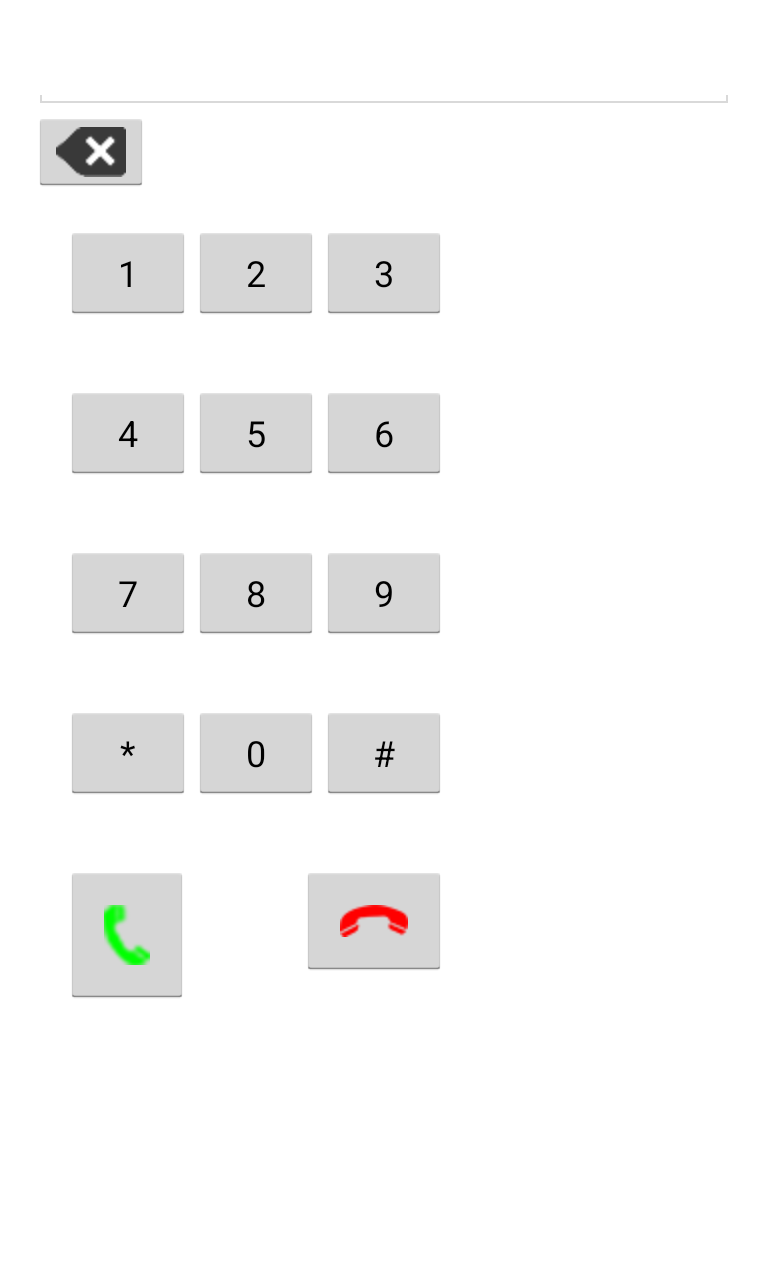
Repository: andreeastoican/Laborator03
Layout: PhoneDialer/res/layout/activity_phone_dialer.xml
An editor plug-in stored every save of this project. The layout is shown before and after the next save, followed by the edit.
It is drawn on a 768 x 1280 px phone screen (xhdpi) without system bars, with theme AppTheme; the app's code is not run.

Above is the layout before, as saved 2015-03-10 09:54:32.

### PhoneDialer/res/layout/activity_phone_dialer.xml
<LinearLayout xmlns:android="http://schemas.android.com/apk/res/android"
    xmlns:tools="http://schemas.android.com/tools"
    android:layout_width="match_parent"
    android:layout_height="match_parent"
    android:paddingBottom="@dimen/activity_vertical_margin"
    android:paddingLeft="@dimen/activity_horizontal_margin"
    android:paddingRight="@dimen/activity_horizontal_margin"
    android:paddingTop="@dimen/activity_vertical_margin"
    android:orientation="vertical"
    tools:context="ro.pub.cs.systems.pdsd.lab03.phonedialer.PhoneDialerActivity" >

    <EditText
        android:id="@+id/id_edit_text"
		android:layout_width="fill_parent"
	    android:layout_height="wrap_content"
	    android:ems="10"
	    android:inputType="text"
	    android:enabled="false"
        />

    <GridLayout
	    android:id="@+id/GridLayout1"
	    android:layout_width="wrap_content"
	    android:layout_height="wrap_content"
	    tools:context=".GridXMLActivity"
	    android:rowCount="6"
	    android:columnCount="3" >

        <ImageButton
        android:id="@+id/id_img_button"
        android:layout_width="wrap_content"
        android:layout_height="wrap_content"
        android:src="@drawable/backspace"
        android:layout_below="@id/id_edit_text"
        android:layout_alignParentRight="true"
        android:layout_gravity="right"
    	/>

    </GridLayout>



	<LinearLayout
	      android:id="@+id/layout1"
		  android:layout_below="@id/id_img_button"
		  android:layout_width="wrap_content"
		  android:layout_height="wrap_content"
		  android:paddingBottom="@dimen/activity_vertical_margin"
		  android:paddingLeft="@dimen/activity_horizontal_margin"
		  android:paddingRight="@dimen/activity_horizontal_margin"
		  android:paddingTop="@dimen/activity_vertical_margin"
		  android:orientation="horizontal">

			<Button
			    android:id="@+id/id1"
			    android:layout_width="wrap_content"
		        android:layout_height="wrap_content"
		        android:text="1"
			    />
			<Button
			    android:id="@+id/id2"
			    android:layout_width="wrap_content"
		        android:layout_height="wrap_content"
		        android:text="2"
			    />
			<Button
			    android:id="@+id/id3"
			    android:layout_width="wrap_content"
		        android:layout_height="wrap_content"
		        android:text="3"
			    />

	</LinearLayout>

	<LinearLayout
	  android:layout_below="@id/layout1"
	  android:id="@+id/layout2"
	  android:layout_width="wrap_content"
	  android:layout_height="wrap_content"
	  android:paddingBottom="@dimen/activity_vertical_margin"
	  android:paddingLeft="@dimen/activity_horizontal_margin"
	  android:paddingRight="@dimen/activity_horizontal_margin"
	  android:paddingTop="@dimen/activity_vertical_margin"
	  android:orientation="horizontal">

		<Button
		    android:id="@+id/id4"
		    android:layout_width="wrap_content"
	        android:layout_height="wrap_content"
	        android:text="4"
		    />
		<Button
		    android:id="@+id/id5"
		    android:layout_width="wrap_content"
	        android:layout_height="wrap_content"
	        android:text="5"
		    />
		<Button
		    android:id="@+id/id6"
		    android:layout_width="wrap_content"
	        android:layout_height="wrap_content"
	        android:text="6"
		    />

	</LinearLayout>


	<LinearLayout
	  android:layout_below="@id/layout2"
	  android:id="@+id/layout3"
	  android:layout_width="wrap_content"
	  android:layout_height="wrap_content"
	  android:paddingBottom="@dimen/activity_vertical_margin"
	  android:paddingLeft="@dimen/activity_horizontal_margin"
	  android:paddingRight="@dimen/activity_horizontal_margin"
	  android:paddingTop="@dimen/activity_vertical_margin"
	  android:orientation="horizontal">

		<Button
		    android:id="@+id/id7"
		    android:layout_width="wrap_content"
	        android:layout_height="wrap_content"
	        android:text="7"
		    />
		<Button
		    android:id="@+id/id8"
		    android:layout_width="wrap_content"
	        android:layout_height="wrap_content"
	        android:text="8"
		    />
		<Button
		    android:id="@+id/id9"
		    android:layout_width="wrap_content"
	        android:layout_height="wrap_content"
	        android:text="9"
		    />

	</LinearLayout>

	<LinearLayout
	  android:layout_below="@id/layout3"
	  android:id="@+id/layout4"
	  android:layout_width="wrap_content"
	  android:layout_height="wrap_content"
	  android:paddingBottom="@dimen/activity_vertical_margin"
	  android:paddingLeft="@dimen/activity_horizontal_margin"
	  android:paddingRight="@dimen/activity_horizontal_margin"
	  android:paddingTop="@dimen/activity_vertical_margin"
	  android:orientation="horizontal">

		<Button
		    android:id="@+id/id10"
		    android:layout_width="wrap_content"
	        android:layout_height="wrap_content"
	        android:text="*"
		    />
		<Button
		    android:id="@+id/id0"
		    android:layout_width="wrap_content"
	        android:layout_height="wrap_content"
	        android:text="0"
		    />
		<Button
		    android:id="@+id/id11"
		    android:layout_width="wrap_content"
	        android:layout_height="wrap_content"
	        android:text="#"
		    />
	</LinearLayout>

	<RelativeLayout
	  android:layout_below="@id/layout4"
	  android:layout_width="wrap_content"
	  android:layout_height="wrap_content"
	  android:paddingBottom="@dimen/activity_vertical_margin"
	  android:paddingLeft="@dimen/activity_horizontal_margin"
	  android:paddingRight="@dimen/activity_horizontal_margin"
	  android:paddingTop="@dimen/activity_vertical_margin"
	  android:orientation="horizontal">

		<ImageButton
		    android:id="@+id/img_on"
		    android:layout_width="wrap_content"
	        android:layout_height="wrap_content"
	        android:src="@drawable/call"
	        android:padding="20dp"
		    />

		<ImageButton
		    android:id="@+id/img_off"
		    android:layout_width="wrap_content"
	        android:layout_height="wrap_content"
	        android:text="#"
	        android:layout_toRightOf="@id/img_on"
	        android:padding="20dp"
	        android:layout_marginLeft="55dp"
	        android:src="@drawable/hangup"
		    />
	</RelativeLayout>"

</LinearLayout>

Loaded but not shown: PhoneDialer/res/values/styles.xml (common file); PhoneDialer/res/values-v11/styles.xml (common file); PhoneDialer/res/values-v14/styles.xml (common file); PhoneDialer/res/values/dimens.xml (common file); PhoneDialer/res/values-w820dp/dimens.xml (common file)

After the next save:
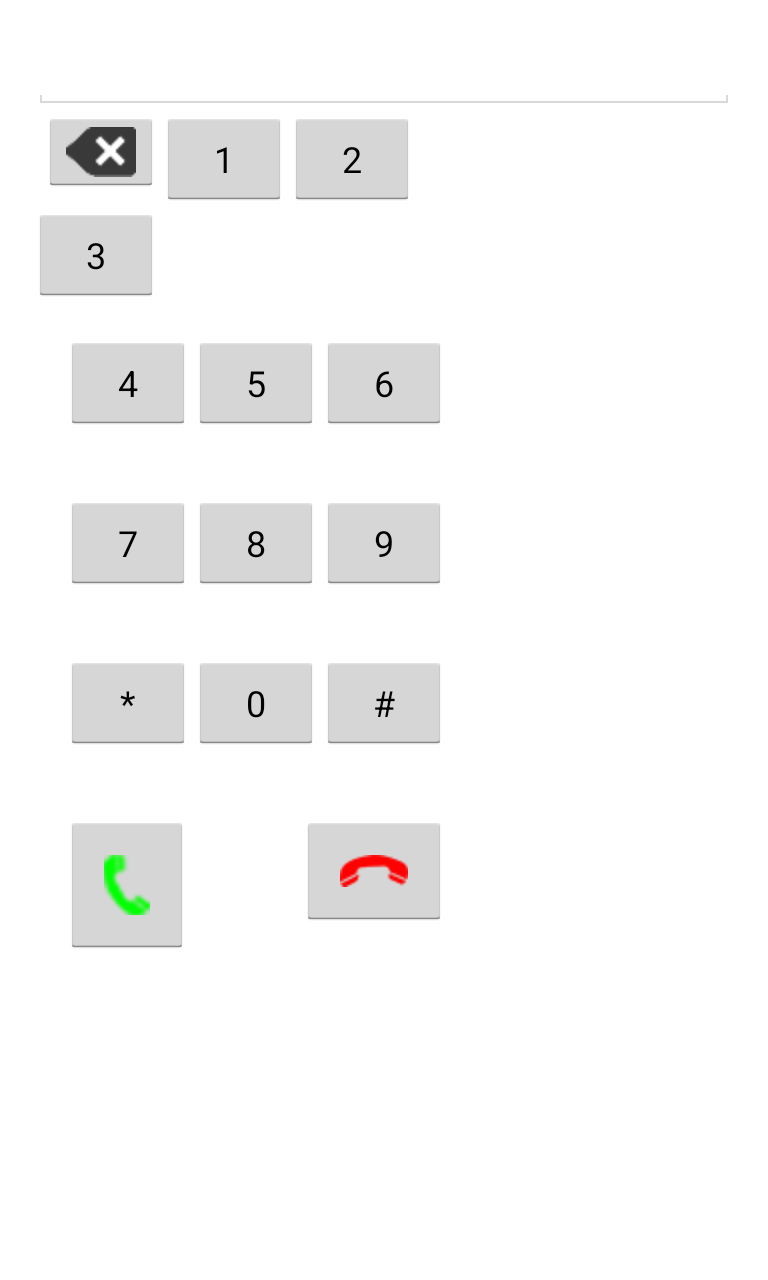
Saved 93 s later.
--- a/PhoneDialer/res/layout/activity_phone_dialer.xml
+++ b/PhoneDialer/res/layout/activity_phone_dialer.xml
@@ -36,22 +36,7 @@
         android:layout_gravity="right"
     	/>
 
-    </GridLayout>
-
-
-
-	<LinearLayout
-	      android:id="@+id/layout1"
-		  android:layout_below="@id/id_img_button"
-		  android:layout_width="wrap_content"
-		  android:layout_height="wrap_content"
-		  android:paddingBottom="@dimen/activity_vertical_margin"
-		  android:paddingLeft="@dimen/activity_horizontal_margin"
-		  android:paddingRight="@dimen/activity_horizontal_margin"
-		  android:paddingTop="@dimen/activity_vertical_margin"
-		  android:orientation="horizontal">
-
-			<Button
+        <Button
 			    android:id="@+id/id1"
 			    android:layout_width="wrap_content"
 		        android:layout_height="wrap_content"
@@ -70,7 +55,10 @@
 		        android:text="3"
 			    />
 
-	</LinearLayout>
+    </GridLayout>
+
+
+
 
 	<LinearLayout
 	  android:layout_below="@id/layout1"
